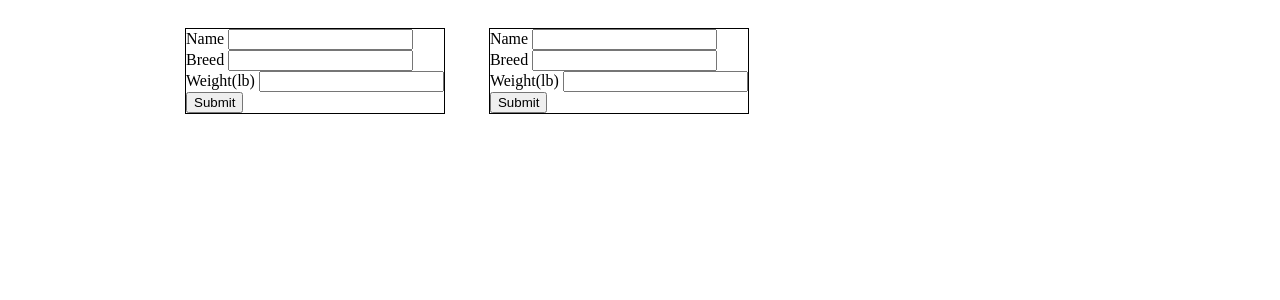
Repository: harshithamagani/Java-Basics
Page: http://localhost/pets/
An editor plug-in stored every save of this project. The page is shown before and after the next save, followed by the edit.
The browser window is 1280 px wide. The pictures show the whole page.
The page is served by Tomcat 9. Other server files are loaded and not shown.

Above is the page before, as saved 2019-11-05 01:04:27.

### pets/WebContent/WEB-INF/index.jsp
<%@ page language="java" contentType="text/html; charset=UTF-8"
    pageEncoding="UTF-8"%>
<!DOCTYPE html>
<html>
<head>
<meta charset="UTF-8">
<title>Pets Form</title>
<style type="text/css">
#wrapper{
width:950px;
margin: 0 auto;
}
#dog-section{
display: inline-block;
border: solid black 1px;
margin : 20px;
}
#cat-section{
display: inline-block;
border: solid black 1px;
margin : 20px;
}

</style>
</head>
<body>
	<div id="wrapper">
		<div id="dog-section">
			<form action="/dog" method="GET">
				<label>Name</label>
				<input name="name" type="text"><br>
				<label>Breed</label>
				<input name="breed" type="text"><br>
				<label>Weight(lb)</label>
				<input name="weight" type="text"><br>
				<input name="submit" type="submit" value="Submit">
			</form>
		</div>
		<div id="cat-section">
		<form action="/cat" method="GET">
			<label>Name</label>
			<input name="name" type="text"><br>
			<label>Breed</label>
			<input name="breed" type="text"><br>
			<label>Weight(lb)</label>
			<input name="weight" type="text"> <br>
			<input name="submit" type="submit" value="Submit">
		</form>
		</div>
	</div>
</body>
</html>

### pets/src/com/pets/codingdojo/controllers/index.java
package com.pets.codingdojo.controllers;

import java.io.IOException;

import javax.servlet.RequestDispatcher;
import javax.servlet.ServletException;
import javax.servlet.annotation.WebServlet;
import javax.servlet.http.HttpServlet;
import javax.servlet.http.HttpServletRequest;
import javax.servlet.http.HttpServletResponse;

/**
 * Servlet implementation class index
 */
@WebServlet("/")
public class index extends HttpServlet {
	private static final long serialVersionUID = 1L;

    /**
     * @see HttpServlet#HttpServlet()
     */
    public index() {
        super();
        // TODO Auto-generated constructor stub
    }

	/**
	 * @see HttpServlet#doGet(HttpServletRequest request, HttpServletResponse response)
	 */
	protected void doGet(HttpServletRequest request, HttpServletResponse response) throws ServletException, IOException {
		// TODO Auto-generated method stub
		RequestDispatcher req = request.getRequestDispatcher("/WEB-INF/index.jsp");
		req.forward(request, response);
	}

	/**
	 * @see HttpServlet#doPost(HttpServletRequest request, HttpServletResponse response)
	 */
	protected void doPost(HttpServletRequest request, HttpServletResponse response) throws ServletException, IOException {
		// TODO Auto-generated method stub
		doGet(request, response);
	}

}

After the next save:
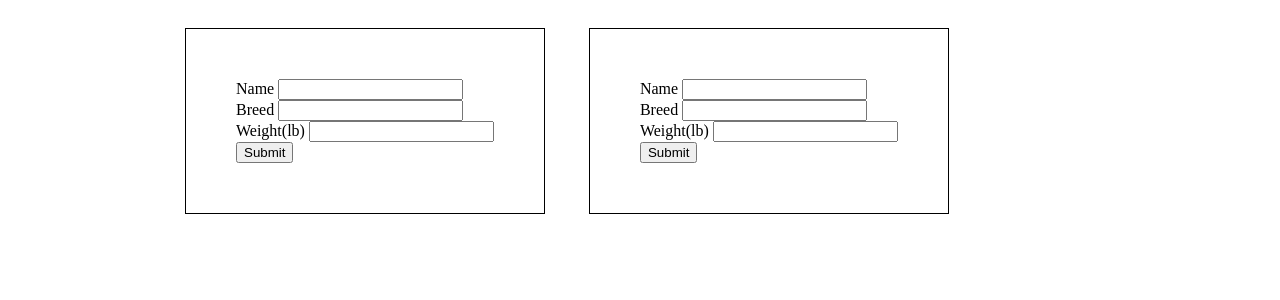
Saved 17 s later.
--- a/pets/WebContent/WEB-INF/index.jsp
+++ b/pets/WebContent/WEB-INF/index.jsp
@@ -14,11 +14,13 @@ margin: 0 auto;
 display: inline-block;
 border: solid black 1px;
 margin : 20px;
+padding :50px;
 }
 #cat-section{
 display: inline-block;
 border: solid black 1px;
 margin : 20px;
+padding :50px;
 }
 
 </style>
